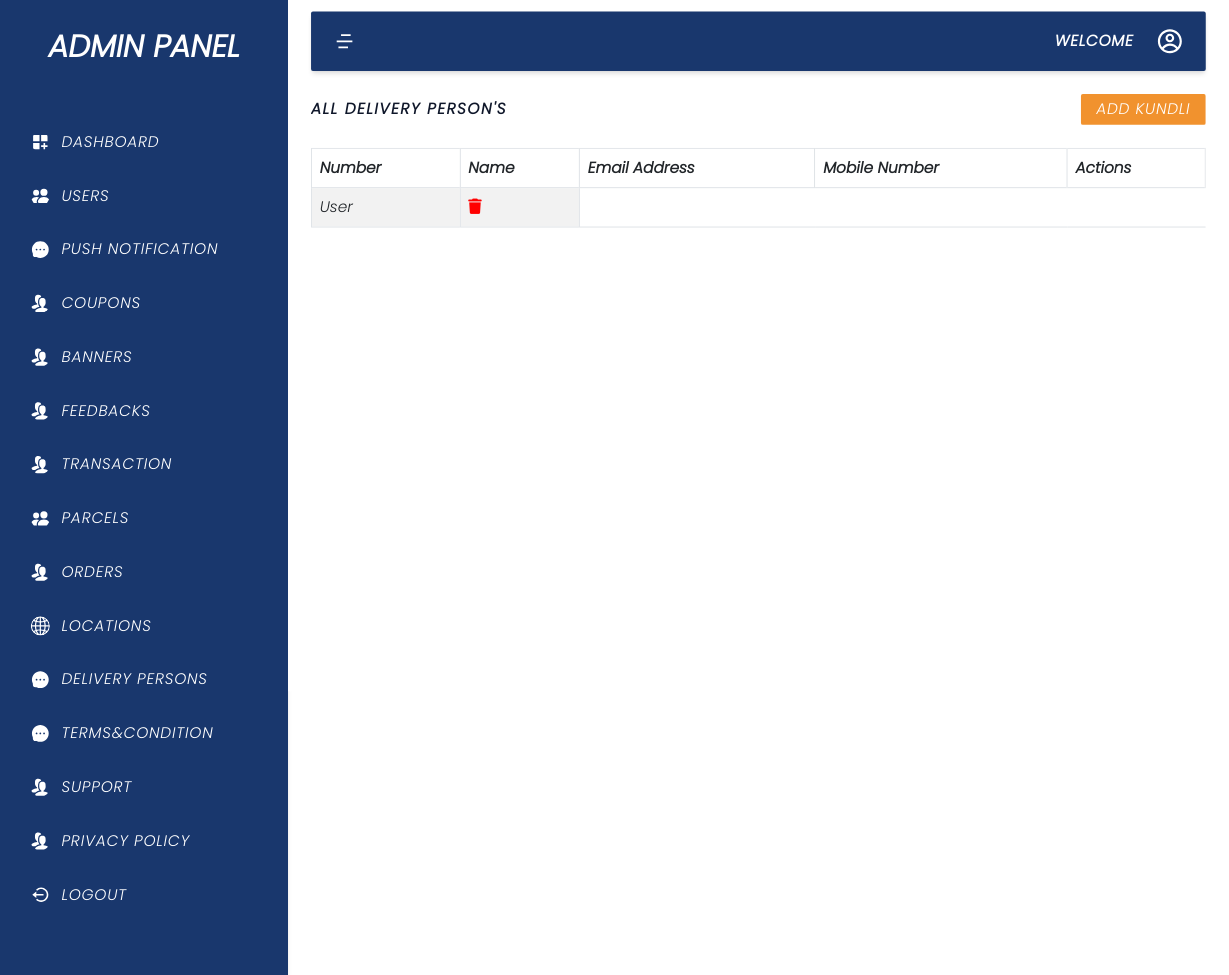
Repository: FlyweisReact/sarita
Page: /kundli
These files come from the project's save history. The page is drawn as it stood at one moment and after the next save; the edit follows.
The browser window is 1280 px wide. The pictures show the whole page, at 96% of full size.
Some web libraries are served in a nearby version. The project was rebuilt for these pictures with package versions that can differ from the ones it lists, and the page was loaded fresh each time. Also part of the build but not shown: src/vendorPanel/forms/VendorLogin.jsx, src/vendorPanel/pages/AdminDiscount.js, src/vendorPanel/pages/AdminReview.js, src/vendorPanel/pages/Astrologers.js, src/vendorPanel/pages/Banners.js, src/vendorPanel/pages/Booking.js, src/vendorPanel/pages/Horoscope.js, src/vendorPanel/pages/Message.js and 8 more.

Above is the page before, as saved 2023-04-19 13:12:54.

### public/index.html
<!-- @format -->

<!DOCTYPE html>
<html lang="en">
  <head>
    <meta charset="utf-8" />
    <meta name="viewport" content="width=device-width, initial-scale=1" />
    <meta name="theme-color" content="#000000" />
    <meta
      name="description"
      content="Web site created using create-react-app"
    />
    <link rel="apple-touch-icon" href="%PUBLIC_URL%/favicon.ico?v=2" />
    <link rel="manifest" href="%PUBLIC_URL%/manifest.json" />
    <link rel="preconnect" href="https://fonts.googleapis.com">
<link rel="preconnect" href="https://fonts.gstatic.com" crossorigin>
<link href="https://fonts.googleapis.com/css2?family=Roboto+Mono:ital,wght@1,300&display=swap" rel="stylesheet">
    <title>Ship24*7</title>
  </head>
  <body>
    <noscript>You need to enable JavaScript to run this app.</noscript>
    <div id="root"></div>
    <script src="https://code.jquery.com/jquery-3.6.0.min.js"></script>
    <script src="https://kit.fontawesome.com/b533b351e4.js" crossorigin="anonymous"></script>
  </body>
</html>

### src/index.js
import React from "react";
import ReactDOM from "react-dom/client";
import "./index.css";
import App from "./App";
import { BrowserRouter } from "react-router-dom";
import 'bootstrap/dist/css/bootstrap.min.css'

const root = ReactDOM.createRoot(document.getElementById("root"));
root.render(
  <React.StrictMode>
    <BrowserRouter>
      <App />
    </BrowserRouter>
  </React.StrictMode>
);

### src/index.css
/** @format */

@tailwind base;
@tailwind components;
@tailwind utilities;
@import url("https://fonts.googleapis.com/css2?family=Roboto+Mono:ital,wght@1,300&display=swap");
@font-face {
  font-family: Roboto;
  src: url("./Fonts/Poppins-LightItalic.ttf");
}
body {
  margin: 0;
  font-family: Roboto !important;
  -webkit-font-smoothing: antialiased;
  -moz-osx-font-smoothing: grayscale;
}

code {
  font-family: Roboto !important;
}

html {
  font-family: Roboto !important;
}

::-webkit-scrollbar {
  width: 10px;
}
.fa-trash {
  color: red;
  cursor: pointer;
}

.iCOn {

  transition: 0.5s;
  box-shadow: none;
  transform: scale(1);
}
.cardDiv{
  cursor: pointer;
}

.cardDiv:hover .iCOn{
  box-shadow: rgba(0, 0, 0, 0.35) 0px 5px 15px;
  transform: scale(1.3);
}

/* Track */
::-webkit-scrollbar-track {
  background: #f1f1f1;
}

/* Handle */
::-webkit-scrollbar-thumb {
  background: #888;
}

/* Handle on hover */
::-webkit-scrollbar-thumb:hover {
  background: #555;
}
.profileImage {
  width: 100px;
}
.fa-eye {
  color: #029aff;
  cursor: pointer;
}
.fa-edit {
  cursor: pointer;
  color: blue;
}

.View {
  border: 1px solid black;
  width: 100%;
  padding: 10px;
}

.main-card--container {
  display: grid;
  grid-template-columns: repeat(3, minmax(300px, 500px));
  grid-gap: 50px;
  justify-content: space-around;
}
.card-container {
  margin: 25px 0 auto;
  box-shadow: rgba(0, 0, 0, 0.35) 0px 5px 15px;
  position: relative;
  display: grid;
  grid-template-columns: 1fr;
  justify-content: space-around;
  align-items: flex-start;
}

.myEdit:focus {
  box-shadow: rgba(0, 0, 0, 0.35) 0px 5px 15px;
}



.AstroLogin{
  color: #fff;
  background-color: #2b7a8e;
  padding: 10px;
  width: 380px;
  text-align: center;
  font-size: 20px;
  background: linear-gradient(to left, #2b7a8e 50%, #fff 50%) right;
  background-size: 200%;
  transition: 0.5s ease-out;
  border: 1px solid #2b7a8e;
  margin-top: 10px;
  text-transform: uppercase;
}
.AstroLogin:hover {
  background-position: left;
  color: #2b7a8e;
}

.EcommerceAdminLogin{
  color: #fff;
  background-color: #19376d ;
  padding: 10px;
  width: 380px;
  text-align: center;
  font-size: 20px;
  background: linear-gradient(to left, #19376d 50%, #fff 50%) right;
  background-size: 200%;
  transition: 0.5s ease-out;
  border: 1px solid #19376d;
  margin-top: 10px;
  text-transform: uppercase;
}

.EcommerceAdminLogin:hover{
  background-position: left;
  color: #19376d;
}
.EcommerceVendorLogin{
  color: #fff;
  background-color: #576cbc;
  padding: 10px;
  width: 380px;
  text-align: center;
  font-size: 20px;
  background: linear-gradient(to left, #576cbc 50%, #fff 50%) right;
  background-size: 200%;
  transition: 0.5s ease-out;
  border: 1px solid #576cbc;
  margin-top: 10px;
  text-transform: uppercase;
}

.EcommerceVendorLogin:hover{
  background-position: left;
  color: #576cbc;
}

.view{
  background-color: #2196f3;
  color: #fff;
  width: 50%;
  padding: 5px;
}


.two-sec{
display:flex;
justify-content: space-evenly;
  justify-content: space-evenly;
}
.two-sec .left{
  width: 60%;
  background-color: #f6f1ef;
  padding: 20px;
 }
 .two-sec .left .head{
  font-size: 25px;
  font-weight: bold;
 }



.two-sec .right{
  width: 30%;
  background-color: #f6f1ef;
 }

 .searchDiv{
  width: 100%;
  display: flex;
  gap: 10px;
  border: 1px solid rgb(179, 179, 179);
  padding: 10px;
  margin-bottom: 20px;
  align-items: center;
 }
 .searchDiv input {
  width: 94%;
  outline: none;
  border: none;
 }

### src/App.js
/** @format */

import { Routes, Route } from "react-router-dom";
import { ToastContainer } from "react-toastify";
import "react-toastify/dist/ReactToastify.css";
import VendorLogin from "./vendorPanel/forms/VendorLogin";
import AdminDiscount from "./vendorPanel/pages/AdminDiscount";
import AdminReview from "./vendorPanel/pages/AdminReview";
import Astrologers from "./vendorPanel/pages/Astrologers";
import Banners from "./vendorPanel/pages/Banners";
import Booking from "./vendorPanel/pages/Booking";
import Horoscope from "./vendorPanel/pages/Horoscope";
import Kundli from "./vendorPanel/pages/Kundli";
import Message from "./vendorPanel/pages/Message";
import UploadDocs from "./vendorPanel/pages/UploadDocs";
import Users from "./vendorPanel/pages/Users";
import VendorDashboard from "./vendorPanel/pages/VendorDashboard.jsx";
import AdminUsers from "./vendorPanel/pages/AdminUsers";
import AdminBlogs from "./vendorPanel/pages/AdminBlogs";
import AdminCategory from "./vendorPanel/pages/AdminCategory";
import Support from "./vendorPanel/pages/Support";
import AdminTerms from "./vendorPanel/pages/AdminTerms";

function App() {
  return (
    <>
      <ToastContainer />

      <Routes>
        <Route path="/" element={<VendorLogin />} />
        <Route path="/vendorDashboard" element={<VendorDashboard />} />
        <Route path="/msg" element={<Message />} />
        <Route path="/admin/users" element={<AdminUsers />} />
        <Route path="/AdminDiscount" element={<AdminDiscount />} />
        <Route path="/Banners" element={<Banners />} />
        <Route path="/adminReviews" element={<AdminReview />} />

        <Route path="/admin/blogs" element={<AdminBlogs />} />
        <Route path="/book" element={<Booking />} />

        <Route path="/horo" element={<Horoscope />} />
        <Route path="/astro" element={<Astrologers />} />
        <Route path="/kundli" element={<Kundli />} />



        <Route path="/uploadDocs" element={<UploadDocs />} />
        <Route path="/privacy-policy" element={<Users />} />
        <Route path="/admin/category" element={<AdminCategory />} />
        <Route path="/admin/support" element={<Support />} />
        <Route path="/admin/terms" element={<AdminTerms />} />

      </Routes>
    </>
  );
}

export default App;

### src/vendorPanel/pages/Kundli.js
/** @format */

import React, { useState } from "react";
import { Table, Modal, Form, Button } from "react-bootstrap";
import { toast } from "react-toastify";
import HOC from "../layout/HOC";

const Kundli = () => {
  const [modalShow, setModalShow] = React.useState(false);

  const [open, setOpen] = useState(false);

  function MyVerticallyCenteredModal(props) {
    return (
      <Modal
        {...props}
        size="lg"
        aria-labelledby="contained-modal-title-vcenter"
        centered
      >
        <Modal.Header closeButton>
          <Modal.Title id="contained-modal-title-vcenter">
            Add Kundli
          </Modal.Title>
        </Modal.Header>
        <Modal.Body>
          <Form>
            <Form.Select aria-label="Default select example" className="mb-3">
              <option>Open to select user</option>
              <option value="">User</option>
              <option value="">User2</option>
            </Form.Select>

            <Form.Group className="mb-3">
              <Form.Label>Kundli</Form.Label>
              <Form.Control type="file" required />
            </Form.Group>

            <Button variant="outline-success" type="submit">
              Submit
            </Button>
          </Form>
        </Modal.Body>
      </Modal>
    );
  }

  function ViewDocument(props) {
    return (
      <Modal
        {...props}
        aria-labelledby="contained-modal-title-vcenter"
        centered
      >
        <Modal.Header closeButton style={{ borderBottom: "0" }}></Modal.Header>
        <Modal.Body>
          <img
            src={"https://www.astrosage.com/kundli/images/kundali.jpg"}
            alt=""
            style={{ width: "100%" }}
          />
        </Modal.Body>
      </Modal>
    );
  }

  return (
    <>
      <MyVerticallyCenteredModal
        show={modalShow}
        onHide={() => setModalShow(false)}
      />
      <ViewDocument show={open} onHide={() => setOpen(false)} />

      <section>
        <div className="pb-4 sticky top-0  w-full flex justify-between items-center bg-white">
          <span className="tracking-widest text-slate-900 font-semibold uppercase ">
            All Delivery Person's
          </span>
          <button
            onClick={() => {
              setModalShow(true);
            }}
            className="md:py-2 px-3 md:px-4 py-1 rounded-sm bg-[rgb(241,146,46)] text-white tracking-wider uppercase"
          >
            Add Kundli
          </button>
        </div>

        <Table striped bordered hover>
          <thead>
            <tr>
              <th>Number</th>
              <th>Name</th>
              <th>Email Address</th>
              <th> Mobile Number   </th>
              <th>Actions</th>
            </tr>
          </thead>
          <tbody>
            <tr>
              <td>User</td>

              <td>
                <i className="fa-solid fa-trash" onClick={() => toast.success("Kundli Deleted Successfully")} />
              </td>
            </tr>
          </tbody>
        </Table>
      </section>
    </>
  );
};

export default HOC(Kundli);

### src/vendorPanel/layout/HOC.jsx
import React, { useState } from "react";
import Navbar from "./Navbar";
import Sidebar from "./Sidebar";

const HOC = (Wcomponenet) => {
  return function Component() {
    const [hamb, setHamb] = useState(false);
    return (
      <>
        <section className="flex overflow-x-hidden relative">
          {/* Sidebar */}
          <div
            className={
              hamb
                ? " absolute top-0 z-30 md:w-auto shadow-md bg-slate-200  w-60 transition-all md:-left-full left duration-150  h-auto overflow-y-auto  left-0 "
                : " md:w-72 z-30 bg-slate-200  shadow-md  md:static absolute top-0 -left-full   transition-all duration-150  overflow-y-auto h-auto"
            }
            style={{minWidth : '300px'}}
          >
            <Sidebar hamb={hamb} setHamb={setHamb} />
          </div>
          {/* Components & Navbar */}
          <div
            className={
              hamb
                ? " transition-all px-4 py-2  bg-white duration-150 w-full h-screen"
                : " w-full h-screen  px-4 py-2  bg-white z-50 transition-all duration-150 "
            }
          >
            <Navbar hamb={hamb} setHamb={setHamb} />
            <div className="my-6 text-#000 h-[87%] wcomp overflow-y-auto">
              <Wcomponenet />
            </div>
          </div>
        </section>
      </>
    );
  };
};

export default HOC;

### src/vendorPanel/layout/Navbar.jsx
/** @format */

import { RiMenu4Line } from "react-icons/ri";
import { CgProfile } from "react-icons/cg";
import Form from "react-bootstrap/Form";
import { useState } from "react";
import Button from "react-bootstrap/Button";
import Modal from "react-bootstrap/Modal";
import Container from "react-bootstrap/Container";

function MyVerticallyCenteredModal(props) {
  return (
    <Modal
      {...props}
      size="lg"
      aria-labelledby="contained-modal-title-vcenter"
      centered
    >
      <Modal.Header closeButton>
        <Modal.Title id="contained-modal-title-vcenter">
          Edit Profile
        </Modal.Title>
      </Modal.Header>
      <Modal.Body>
        <Container style={{ width: "600px" }}>
          <Form>
            <Form.Group className="mb-3" controlId="formBasicEmail">
              <Form.Label>Name</Form.Label>
              <Form.Control type="text" placeholder="Admin" />
            </Form.Group>
            <Form.Group className="mb-3" controlId="formBasicPassword">
              <Form.Label>Email Address</Form.Label>
              <Form.Control type="email" placeholder="admin@gmail.com" />
            </Form.Group>
            <Form.Group className="mb-3" controlId="formBasicPassword">
              <Form.Label>Password</Form.Label>
              <Form.Control type="password" placeholder="Password" />
            </Form.Group>
            <Button
              style={{ backgroundColor: "#19376d", borderRadius: "0" }}
              type="submit"
            >
              Edit
            </Button>
          </Form>
        </Container>
      </Modal.Body>
    </Modal>
  );
}

const Navbar = ({ hamb, setHamb }) => {
  const [modalShow, setModalShow] = useState(false);

  return (
    <>
      <MyVerticallyCenteredModal
        show={modalShow}
        onHide={() => setModalShow(false)}
      />

      <div
        className={
          hamb
            ? "flex  w-full justify-between  my-1 rounded-sm  p-4 py-3 shadow-md items-center  bg-slate-200 space-x-4"
            : "flex  w-full justify-between my-1 rounded-sm  p-4 py-3 shadow-md items-center  bg-slate-200 space-x-4"
        }
        style={{ backgroundColor: "#19376d" }}
      >
        <RiMenu4Line
          onClick={() => setHamb(!hamb)}
          className="text-2xl font-bold text-gray-900 hover:scale-90 cursor-pointer"
          style={{ color: "#fff" }}
        />

        <section className="flex sm:ml-auto justify-end sm:w-full items-center space-x-2  pr-2">
          <figcaption className="tracking-wider pl-1 font-semibold">
            <div
              className="lg:text-base text-sm text-gray-900  uppercase"
              style={{ color: "#fff" }}
            >
              Welcome
            </div>
          </figcaption>
        </section>

        <CgProfile
          onClick={() => setModalShow(true)}
          className="text-2xl sm:text-3xl font-bold text-[rgb(241,146,46)] cursor-pointer"
          style={{ color: "#fff" }}
        />
      </div>
    </>
  );
};

export default Navbar;

### src/vendorPanel/layout/Sidebar.jsx
/** @format */

import React from "react";
import { RiCloseLine } from "react-icons/ri";
import { Link, useNavigate } from "react-router-dom";
import { BsFillPeopleFill } from "react-icons/bs";
import { ImUsers } from "react-icons/im";
import { BiLogOutCircle } from "react-icons/bi";
import { MdDashboardCustomize } from "react-icons/md";
import { BsGlobe2 } from "react-icons/bs";
import { AiFillMessage } from "react-icons/ai";

const Sidebar = ({ hamb, setHamb }) => {
  const navigate = useNavigate();

  const nav = [
    {
      icon: <MdDashboardCustomize className="text-xl mr-3 rounded-full " />,
      link: "/vendorDashboard",
      name: "DASHBOARD",
    },
    {
      icon: <BsFillPeopleFill className="text-xl mr-3 rounded-full " />,
      link: "/admin/users",
      name: "USERS",
    },
    {
      icon: <AiFillMessage className="text-xl mr-3 rounded-full " />,
      link: "/msg",
      name: "Push NOTIFICATION",
    },
    {
      icon: <ImUsers className="text-xl mr-3 rounded-full " />,
      link: "/AdminDiscount",
      name: "COUPONS",
    },
    {
      icon: <ImUsers className="text-xl mr-3 rounded-full " />,
      link: "/Banners",
      name: "BANNERS",
    },
    {
      icon: <ImUsers className="text-xl mr-3 rounded-full " />,
      link: "/adminReviews",
      name: "FEEDBACKS",
    },
    {
      icon: <ImUsers className="text-xl mr-3 rounded-full " />,
      link: "/admin/blogs",
      name: "Transaction",
    },
    {
      icon: <BsFillPeopleFill className="text-xl mr-3 rounded-full " />,
      link: "/astro",
      name: "Parcels",
    },

    {
      icon: <ImUsers className="text-xl mr-3 rounded-full " />,
      link: "/book",
      name: "Orders",
    },



    {
      icon: <BsGlobe2 className="text-xl mr-3 rounded-full " />,
      link: "/horo",
      name: "Locations",
    },
    {
      icon: <AiFillMessage className="text-xl mr-3 rounded-full " />,
      link: "/kundli",
      name: "Delivery Persons",
    },









    {
      icon: <AiFillMessage className="text-xl mr-3 rounded-full " />,
      link: "/admin/terms",
      name: "TERMS&CONDITION",
    },
    {
      icon: <ImUsers className="text-xl mr-3 rounded-full " />,
      link: "/admin/support",
      name: "SUPPORT",
    },
    {
      icon: <ImUsers className="text-xl mr-3 rounded-full " />,
      link: "/privacy-policy",
      name: "PRIVACY POLICY",
    },

  ];

  const logOut = () => {
    navigate("/");
  };

  return (
    <>
      <aside
        className="p-4 h-auto"
        style={{ backgroundColor: "#19376d", minHeight: "100vh" }}
      >
        {/* Top */}
        <div className="w-full md:hidden relative  p-2 mb-4">
          <RiCloseLine
            onClick={() => setHamb(!hamb)}
            className="text-3xl  absolute top-2 sm:hover:rotate-[228deg] transition-transform font-bold right-2 sm:hover:text-[22px] text-[rgb(241,146,46)] cursor-pointer"
          />
        </div>{" "}
        <figure className="flex  flex-col items-center">
          <span className="font-bold text-[#fff]" style={{ fontSize: "2rem"  , textAlign : 'center'}}>
            ADMIN PANEL
          </span>
        </figure>
        <nav className="py-6">
          {nav.map((nav) => {
            return (
              <Link
                to={nav.link}
                key={nav.name}
                className=""
                style={{ textDecoration: "none"  , textTransform : 'uppercase'}}
              >
                <span
                  className="flex my-3 items-center cursor-pointer text-gray-900    tracking-wider p-2 rounded-sm"
                  style={{ color: "#fff" }}
                >
                  {nav.icon} {nav.name}
                </span>
              </Link>
            );
          })}
          <span
            className="flex my-3 items-center cursor-pointer text-gray-900    tracking-wider p-2 rounded-sm"
            onClick={() => logOut()}
            style={{ color: "#fff", textTransform : 'uppercase' }}
          >
            <BiLogOutCircle className="text-xl mr-3 rounded-full " /> LogOut
          </span>
        </nav>
      </aside>
    </>
  );
};

export default Sidebar;

Loaded but not shown: tailwind.config.js (common file)

After the next save:
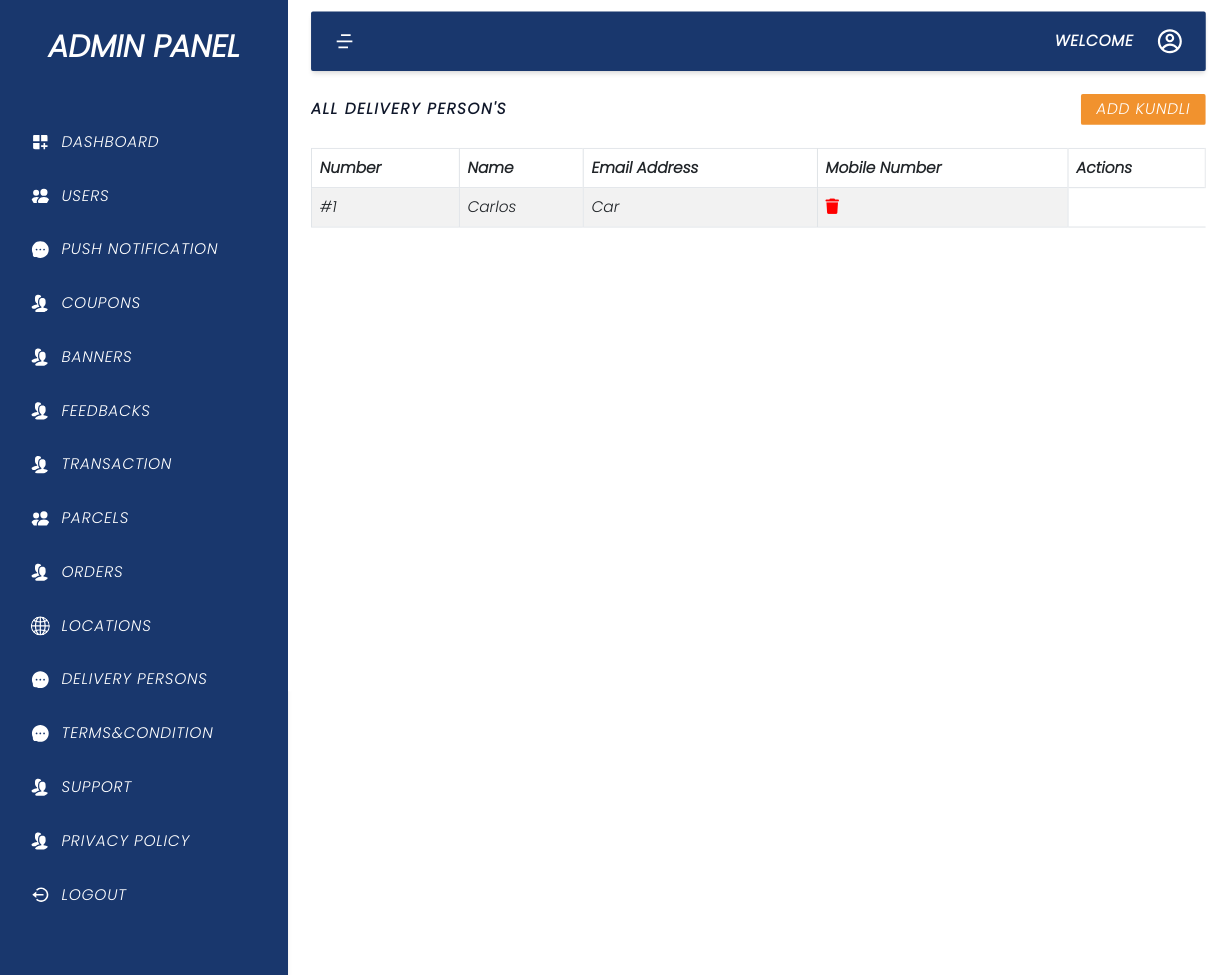
Saved 10 s later.
--- a/src/vendorPanel/pages/Kundli.js
+++ b/src/vendorPanel/pages/Kundli.js
@@ -99,7 +99,9 @@ const Kundli = () => {
           </thead>
           <tbody>
             <tr>
-              <td>User</td>
+              <td>#1</td>
+              <td>Carlos</td>
+              <td>Car</td>
 
               <td>
                 <i className="fa-solid fa-trash" onClick={() => toast.success("Kundli Deleted Successfully")} />
